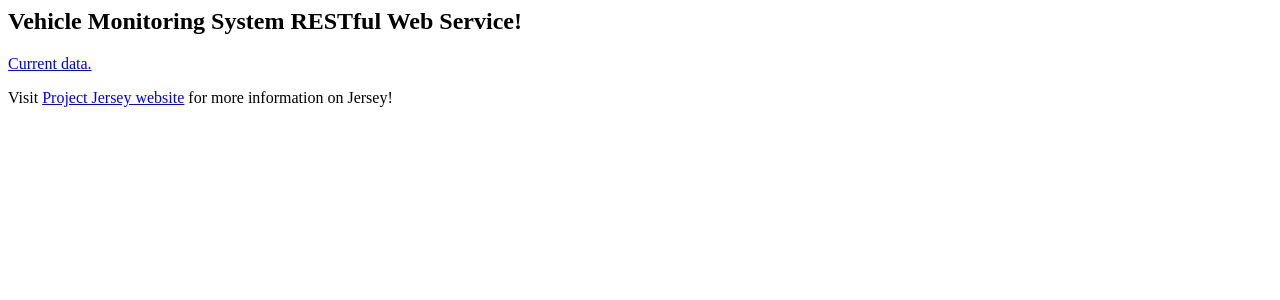
Repository: perknsn2/SeniorDesign
Page: http://localhost/vms/
The author's editor kept a copy of each file at every save. The page is drawn from the files as they stood at one save, then again after the next save.
The browser window is 1280 px wide. The pictures show the whole page.
The page is served by Tomcat 9. Other server files are loaded and not shown.

Above is the page before, as saved 2016-04-19 22:48:55.

### WebService/vms/src/main/webapp/index.jsp
<html>
<body>
    <h2>Vehicle Monitoring System RESTful Web Service!</h2>
    <p><a href="/vms/data">Current data.</a>
    <p>Visit <a href="http://jersey.java.net">Project Jersey website</a>
    for more information on Jersey!
</body>
</html>

After the next save:
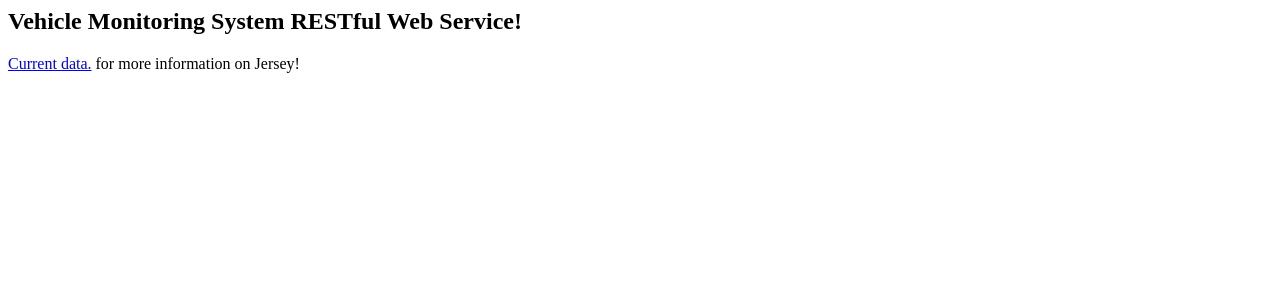
Saved 24 s later.
--- a/WebService/vms/src/main/webapp/index.jsp
+++ b/WebService/vms/src/main/webapp/index.jsp
@@ -2,7 +2,6 @@
 <body>
     <h2>Vehicle Monitoring System RESTful Web Service!</h2>
     <p><a href="/vms/data">Current data.</a>
-    <p>Visit <a href="http://jersey.java.net">Project Jersey website</a>
     for more information on Jersey!
 </body>
 </html>
